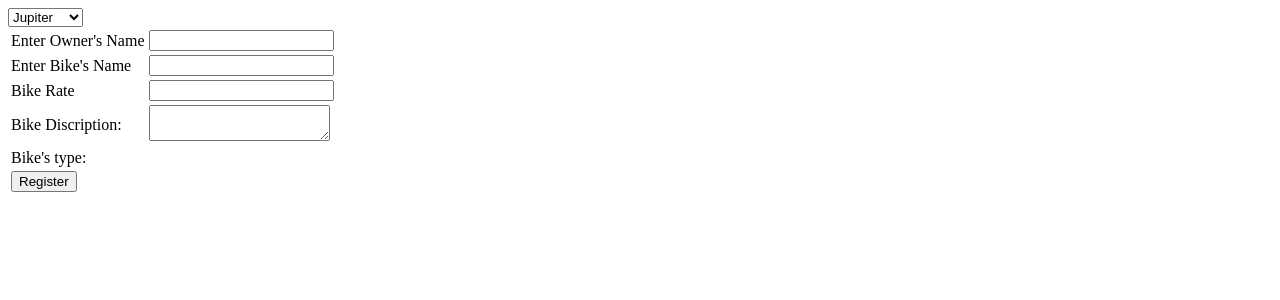
Repository: shivanishinde30/shivanisss
Page: http://localhost/BikeSellDemo/WEB-INF/views/sellbike.jsp
An editor plug-in stored every save of this project. The page is shown before and after the next save, followed by the edit.
The browser window is 1280 px wide. The pictures show the whole page.
The page is served by Tomcat 9. Nobody is signed in. The template is opened directly, without the code that normally fills it, so the values that code supplies are empty.

Above is the page before, as saved 2019-12-03 05:00:32.

After the next save:
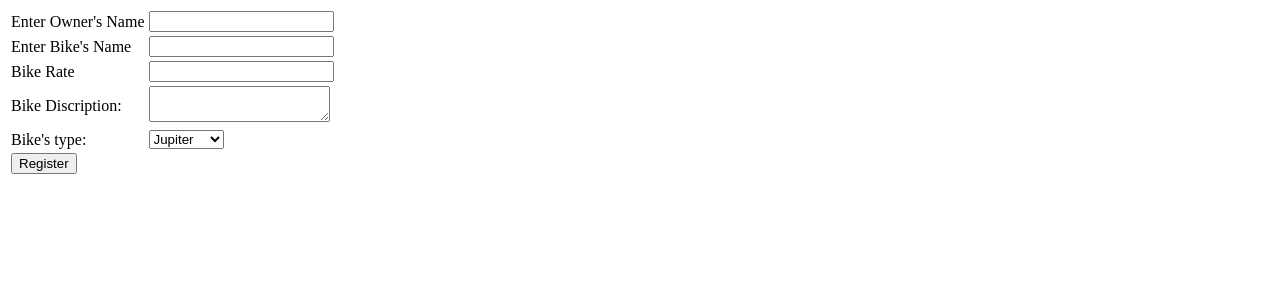
Saved 32 s later.
--- a/BikeSellDemo/src/main/webapp/WEB-INF/views/sellbike.jsp
+++ b/BikeSellDemo/src/main/webapp/WEB-INF/views/sellbike.jsp
@@ -33,12 +33,14 @@
 
 <tr>
 <td>Bike's type:</td>
+<td>
 <select name="type">
 <option>Jupiter</option>
 <option>Activa</option>
 <option>Wego</option>
 <option>Pleasure</option>
 </select>
+</td>
 </tr>
 
 <tr>
